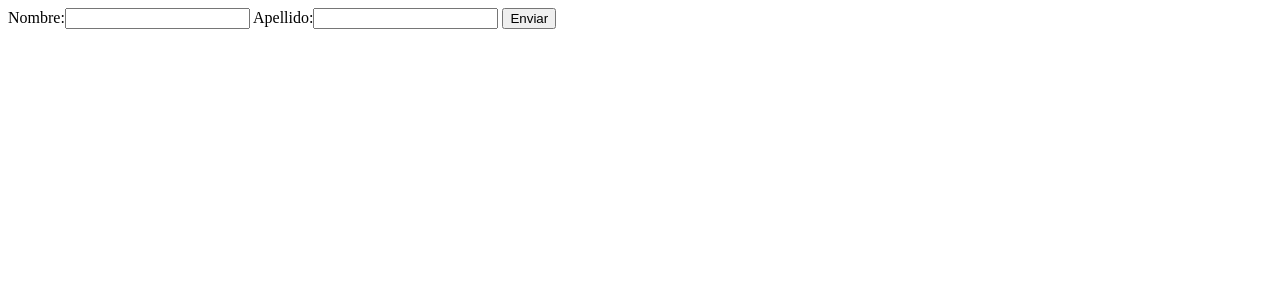
Repository: daniunizar/TrasteoBBDDJson
Page: jsp01/src/main/webapp/09formulario.html
These files come from the project's save history. The page is drawn as it stood at one moment and after the next save; the edit follows.
The browser window is 1280 px wide. The pictures show the whole page.

Above is the page before, as saved 2021-09-01 15:56:25.

After the next save:
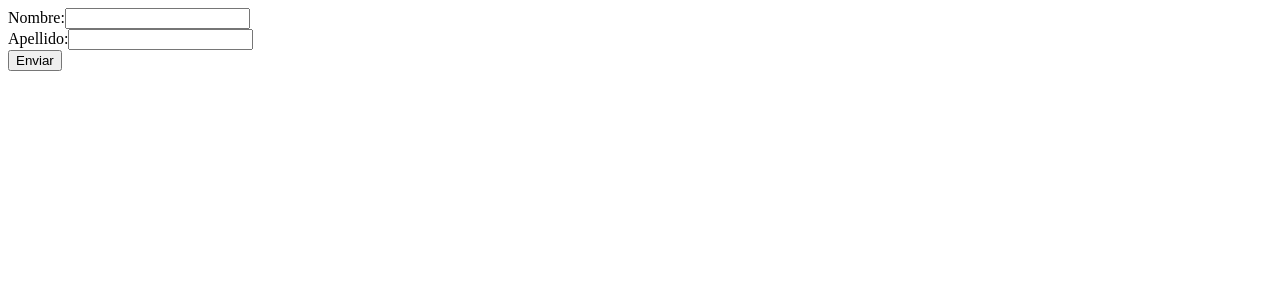
Saved 2 min 47 s later.
--- a/jsp01/src/main/webapp/09formulario.html
+++ b/jsp01/src/main/webapp/09formulario.html
@@ -1,8 +1,8 @@
 <html>
 <body>
 <form action="09request.jsp">
-	Nombre:<input type="text" name="nombre">
-	Apellido:<input type="text" name="apellido">
+	Nombre:<input type="text" name="nombre"><br/>
+	Apellido:<input type="text" name="apellido"><br/>
 	<input type="submit" value="Enviar">
 </form>
 </body>
